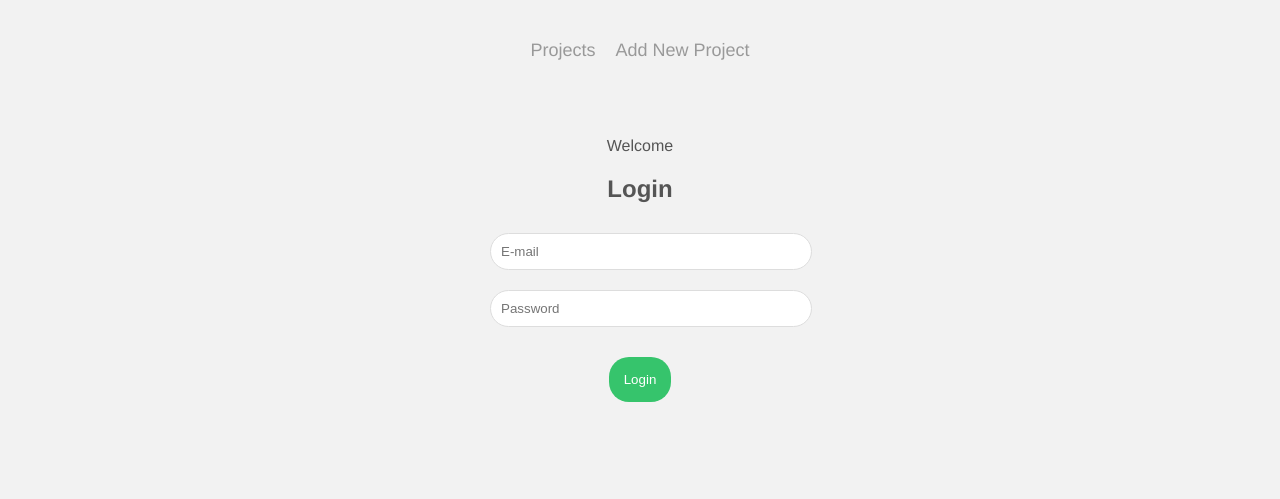
Repository: sercanisli/task-app
Page: /welcome
An editor plug-in stored every save of this project. The page is shown before and after the next save, followed by the edit.
The browser window is 1280 px wide. The pictures show the whole page.
The project was rebuilt for these pictures with package versions that can differ from the ones it lists, and the page was loaded fresh each time. Also part of the build but not shown: vue.config.js, src/components/SingleProject.vue, src/components/FilterNav.vue, src/views/Home.vue, src/assets/main.css, src/components/SignupForm.vue. Imported but missing from the stored project, and not drawn on this page: src/views/AddProject.vue.

Above is the page before, as saved 2024-05-01 15:38:07.

### public/index.html
<!DOCTYPE html>
<html lang="">
  <head>
    <meta charset="utf-8">
    <meta http-equiv="X-UA-Compatible" content="IE=edge">
    <meta name="viewport" content="width=device-width,initial-scale=1.0">
    <link rel="icon" href="<%= BASE_URL %>favicon.ico">
    <title><%= htmlWebpackPlugin.options.title %></title>
    <link href="https://fonts.googleapis.com/icon?family=Material+Icons"
      rel="stylesheet">
  </head>
  <body>
    <noscript>
      <strong>We're sorry but <%= htmlWebpackPlugin.options.title %> doesn't work properly without JavaScript enabled. Please enable it to continue.</strong>
    </noscript>
    <div id="app"></div>
    <!-- built files will be auto injected -->
  </body>
</html>

### src/App.vue
<template>
  <div>
    <Navbar />
    <router-view/>
  </div>
</template>

<script>
import Navbar from "./components/Navbar.vue";
  export default {
    components:{
      Navbar
    }
  }
</script>

<style>
body{
  background: #f2f2f2;
}
#app {
  font-family: Avenir, Helvetica, Arial, sans-serif;
  -webkit-font-smoothing: antialiased;
  -moz-osx-font-smoothing: grayscale;
  max-width: 600px;
  margin: 0 auto;
  color: #555;
}
</style>

### src/router/index.js
import { createRouter, createWebHistory } from 'vue-router'
import Home from '../views/Home.vue'

const routes = [
  {
    path: '/',
    name: 'home',
    component: Home
  },
  {
    path: '/add',
    name: 'AddProject',
    component: () => import('../views/AddProject.vue')
  },
  {
    path: '/project/:id',
    name: 'EditProject',
    component: () => import('../views/EditProject.vue'),
    props:true
  },
  {
    path: '/welcome',
    name: 'Welcome',
    component: () => import('../views/Welcome.vue'),
  }
]

const router = createRouter({
  history: createWebHistory(process.env.BASE_URL),
  routes
})

export default router

### src/components/Navbar.vue
<template>
    <nav class="main-nav">
      <router-link :to="{ name: 'home' }">Projects</router-link>
      <router-link :to="{ name: 'AddProject' }">Add New Project</router-link>
    </nav>
  </template>

  <script>
  export default {};
  </script>

  <style>
  .main-nav {
    text-align: center;
    margin: 40px auto;
  }
  .main-nav a {
    display: inline-block;
    text-decoration: none;
    margin: 0 10px;
    color: #999;
    font-size: 18px;
  }
  a.router-link-active {
    border-bottom: 2px solid #76dd78;
    padding-bottom: 4px;
    color: #76dd78;
  }
  </style>

### src/views/Welcome.vue
<template>
  <div class="container welcome">
    <p>Welcome</p>
    <div v-if="showLogin">
      <h2>Login</h2>
      <LoginForm />
    </div>
    <div v-else>
      <h2>Sign Up</h2>
      <SignupForm />
    </div>
  </div>
</template>

<script>
import SignupForm from '../components/SignupForm.vue'
import LoginForm from '../components/LoginForm.vue'
import { ref } from 'vue'

export default {
  components:{
    SignupForm,
    LoginForm
  },
  setup(){
    const showLogin = ref(true);

    return { showLogin };
  }
}
</script>

<style>
.welcome {
  text-align: center;
  padding: 20px 0;
}
.welcome form {
  width: 300px;
  margin: 20px auto;
}
.welcome label {
  display: block;
  margin: 20px 0 10px;
}
.welcome input {
  width: 100%;
  padding: 10px;
  border-radius: 20px;
  border: 1px solid #ddd;
  outline: none;
  color: #777;
  margin: 10px auto;
}
.welcome span {
  font-weight: bold;
  text-decoration: underline;
  cursor: pointer;
}
.welcome button {
  margin: 20px auto;
  background-color: rgb(54, 196, 108);
  border-radius: 20px;
  border: none;
  padding: 15px;
  color: white;
}
</style>

### src/components/LoginForm.vue
<template>
  <form @submit.prevent="handleLogin">
    <input type="email" required placeholder="E-mail" v-model="email">
    <input type="password" required placeholder="Password" v-model="password">
    <button>Login</button>
  </form>
</template>

<script>
import {ref} from 'vue';

export default {
 setup() {
    const email = ref('')
    const password = ref('')

    const handleLogin = () =>{
        console.log(email.value, password.value);
    }

    return {email, password, handleLogin};
 }
}
</script>

<style>

</style>

Loaded but not shown: src/main.js (common file)

After the next save:
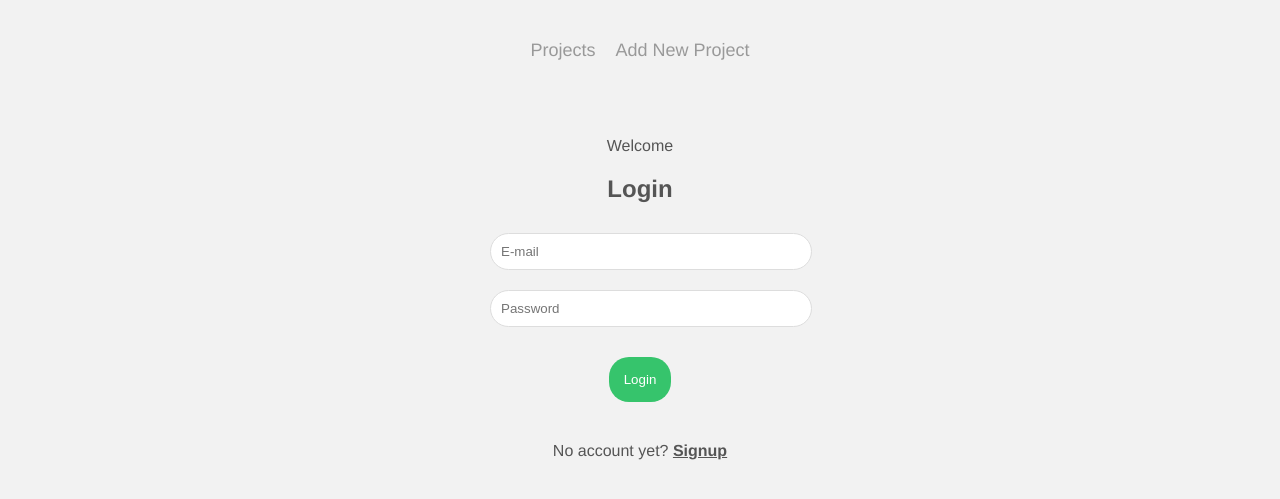
Saved 78 s later.
--- a/src/views/Welcome.vue
+++ b/src/views/Welcome.vue
@@ -4,10 +4,12 @@
     <div v-if="showLogin">
       <h2>Login</h2>
       <LoginForm />
+      <p>No account yet? <span @click="showLogin = false">Signup</span></p>
     </div>
     <div v-else>
       <h2>Sign Up</h2>
       <SignupForm />
+      <p>Already registered? <span @click="showLogin = true">Login</span></p>
     </div>
   </div>
 </template>
